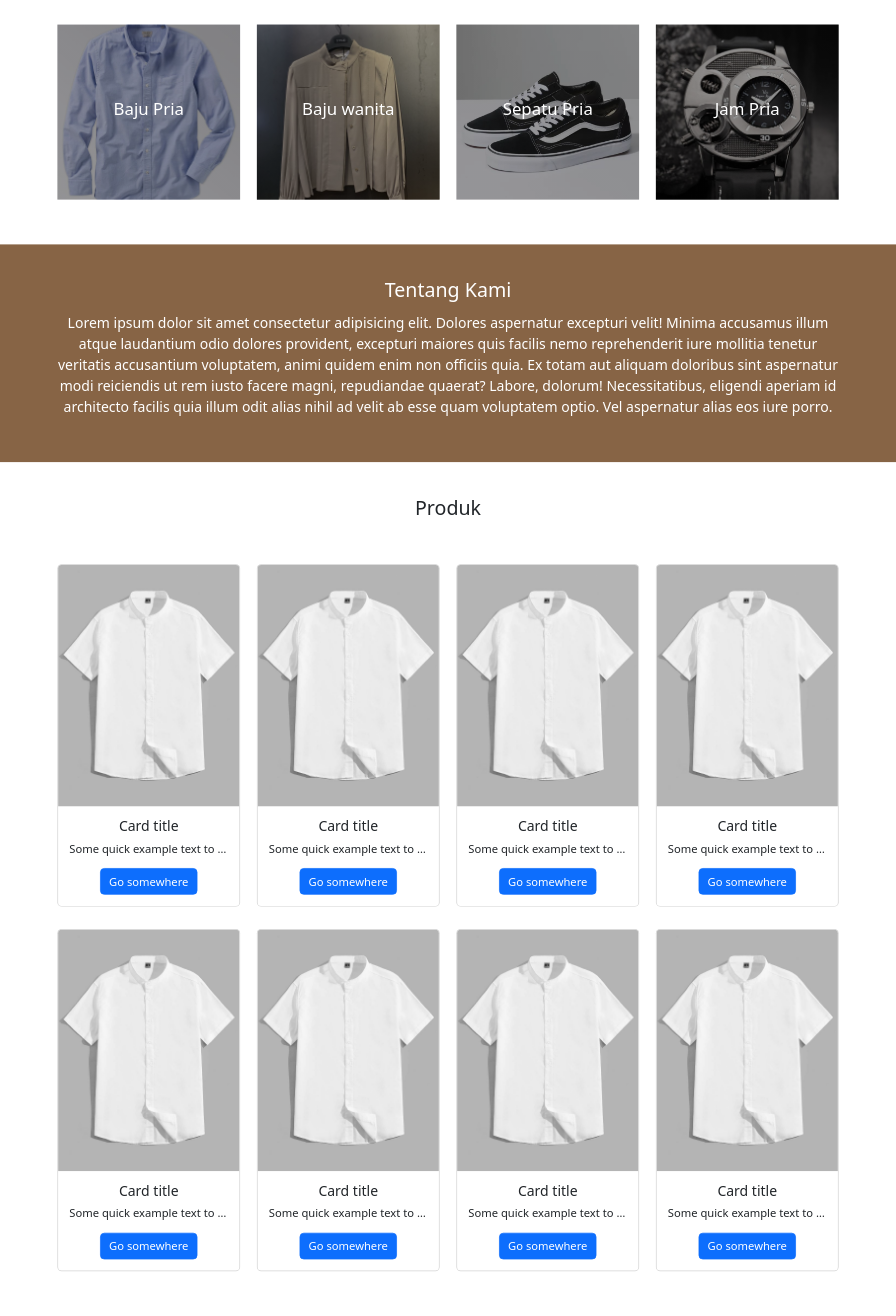
Repository: herman165/tugas_uas
Page: http://localhost/
These files come from the project's save history. The page is drawn as it stood at one moment and after a run of saves; the edit follows.
The browser window is 1280 px wide. The pictures show the part of the page from y = 743 to 2663 px (the page is 2623 px tall before and 2663 px after), at 70% of full size.
The page is run by PHP 8.4 with error messages shown; the project is at /var/www/html/.

Above is the page before, as saved 2024-12-10 01:45:09.

After the next 6 saves:
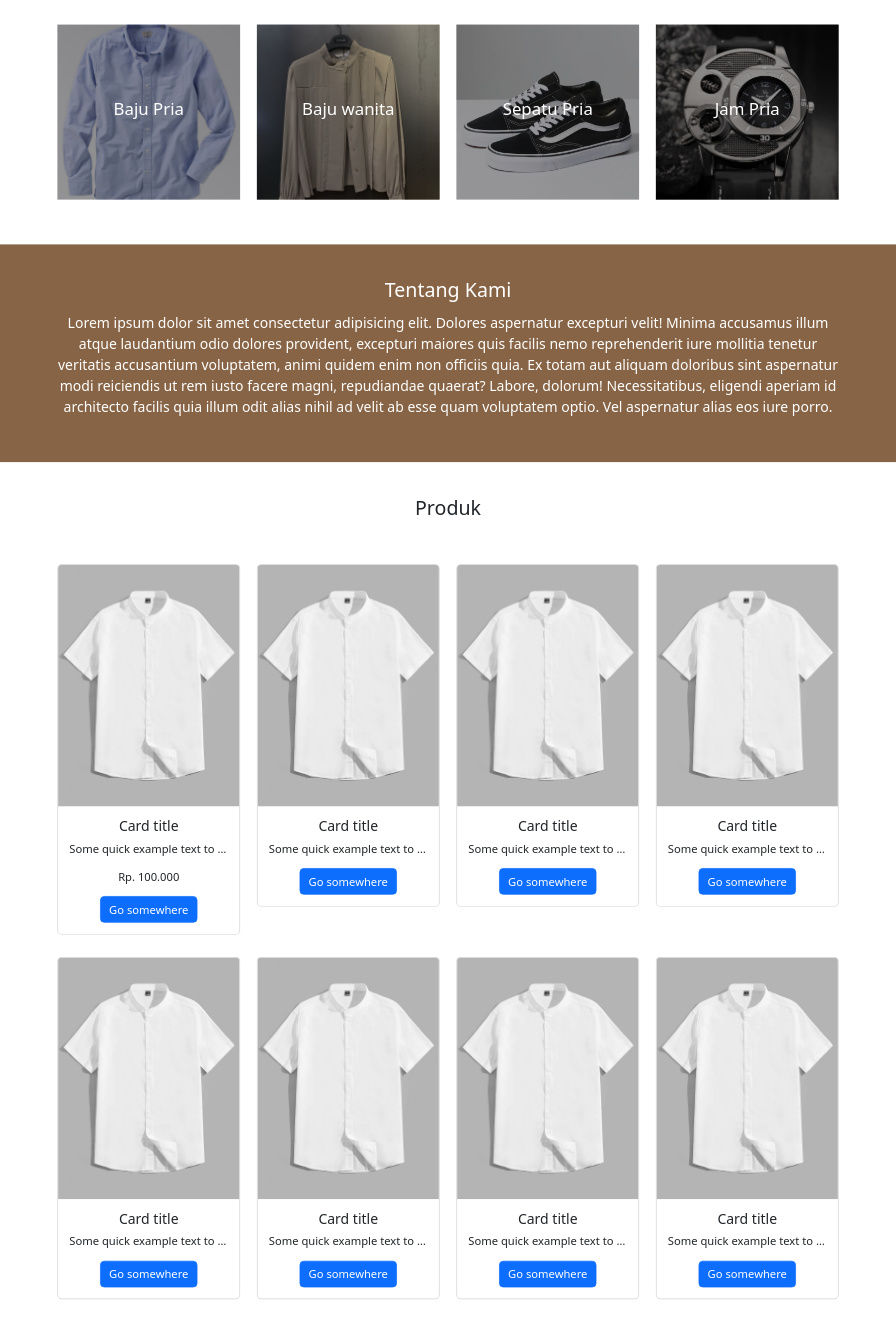
The 6 saves are shown as one change because they came seconds apart.
The last was saved 16 s later.
--- a/index.php
+++ b/index.php
@@ -78,7 +78,7 @@
                         <div class="card-body">
                             <h5 class="card-title">Card title</h5>
                             <p class="card-text text-truncate">Some quick example text to build on the card title and make up the bulk of the card's content.</p>
-                            <p ></p>
+                            <p class="card-text">Rp. 100.000</p>
                             <a href="#" class="btn btn-primary">Go somewhere</a>
                         </div>
                     </div>
